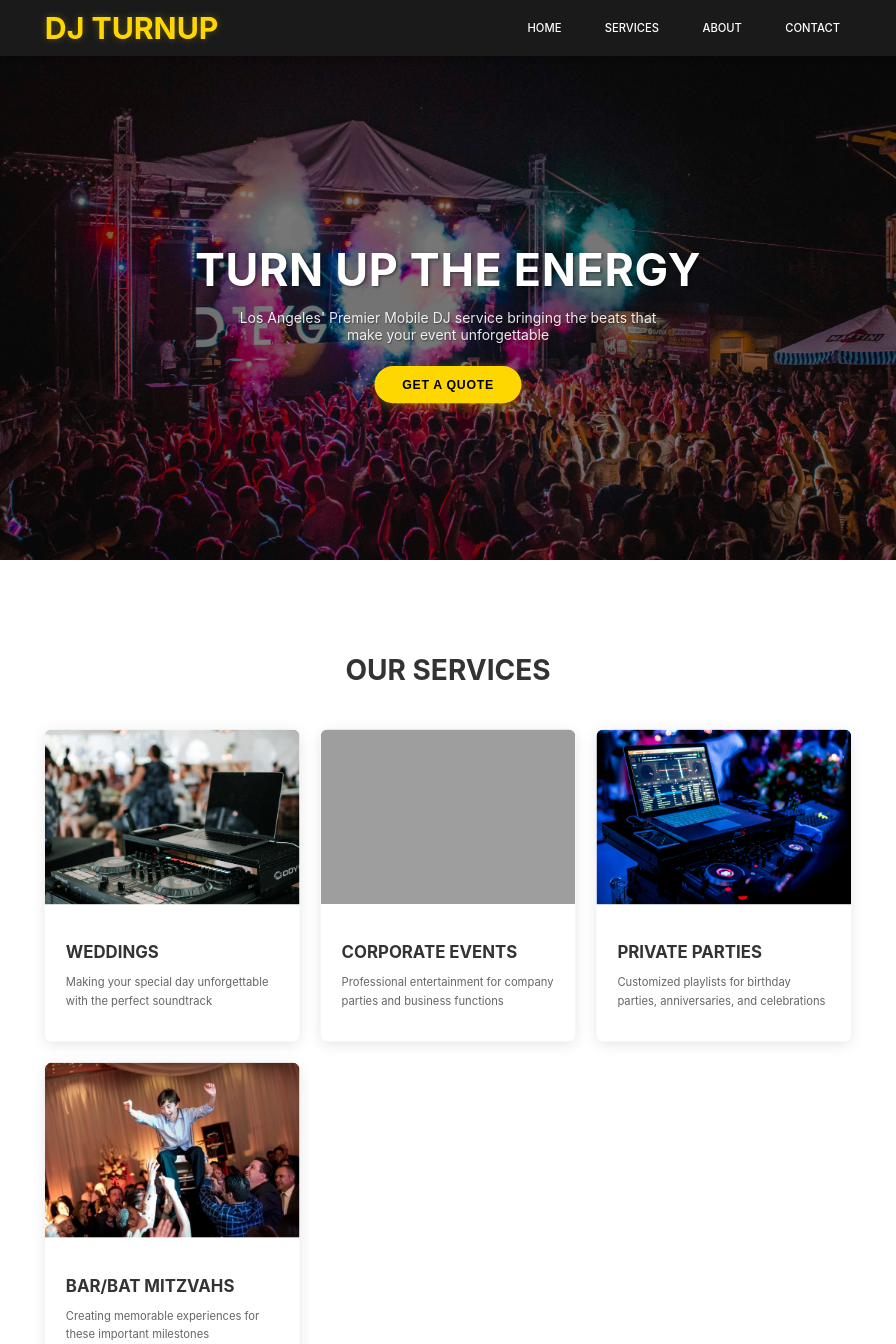
Repository: djdjdallas/djturnup
Page: /
These files come from the project's save history. The page is drawn as it stood at one moment and after the next save; the edit follows.
The browser window is 1280 px wide. The pictures show the part of the page from y = 0 to 1920 px (the page is 4301 px tall), at 70% of full size.
Pictures or frames that could not be fetched are drawn as grey boxes. The project was rebuilt for these pictures with package versions that can differ from the ones it lists, and the page was loaded fresh each time. The framework's server and built-in components were replaced by stand-ins that run in the browser. Also part of the build but not shown: next.config.mjs.

Above is the page before, as saved 2025-05-19 20:30:46.

After the next save:
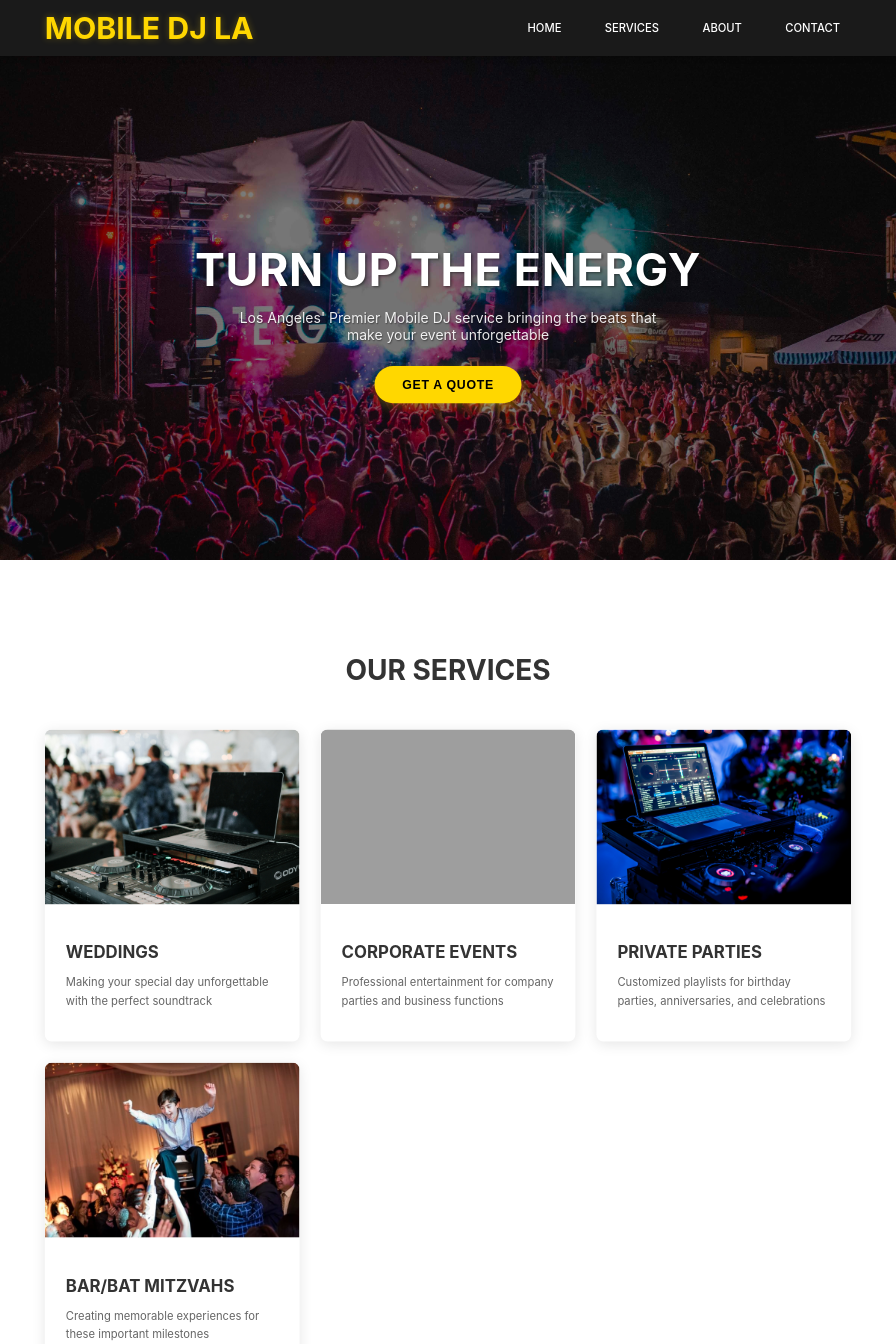
Saved 45 s later.
--- a/src/components/NavBar.js
+++ b/src/components/NavBar.js
@@ -1,7 +1,7 @@
-'use client'
+"use client";
 
-import React, { useState } from 'react';
-import styles from '../app/styles/NavBar.module.css';
+import React, { useState } from "react";
+import styles from "../app/styles/NavBar.module.css";
 
 const NavBar = () => {
   const [isOpen, setIsOpen] = useState(false);
@@ -10,25 +10,33 @@ const NavBar = () => {
     <nav className={styles.navbar}>
       <div className={styles.navContainer}>
         <div className={styles.navLogo}>
-          <h2>DJ TURNUP</h2>
+          <h2>MOBILE DJ LA</h2>
         </div>
         <div className={styles.navToggle} onClick={() => setIsOpen(!isOpen)}>
           <span className={styles.bar}></span>
           <span className={styles.bar}></span>
           <span className={styles.bar}></span>
         </div>
-        <ul className={`${styles.navMenu} ${isOpen ? styles.active : ''}`}>
+        <ul className={`${styles.navMenu} ${isOpen ? styles.active : ""}`}>
           <li className={styles.navItem}>
-            <a href="#home" className={styles.navLinks}>HOME</a>
+            <a href="#home" className={styles.navLinks}>
+              HOME
+            </a>
           </li>
           <li className={styles.navItem}>
-            <a href="#services" className={styles.navLinks}>SERVICES</a>
+            <a href="#services" className={styles.navLinks}>
+              SERVICES
+            </a>
           </li>
           <li className={styles.navItem}>
-            <a href="#about" className={styles.navLinks}>ABOUT</a>
+            <a href="#about" className={styles.navLinks}>
+              ABOUT
+            </a>
           </li>
           <li className={styles.navItem}>
-            <a href="#contact" className={styles.navLinks}>CONTACT</a>
+            <a href="#contact" className={styles.navLinks}>
+              CONTACT
+            </a>
           </li>
         </ul>
       </div>
